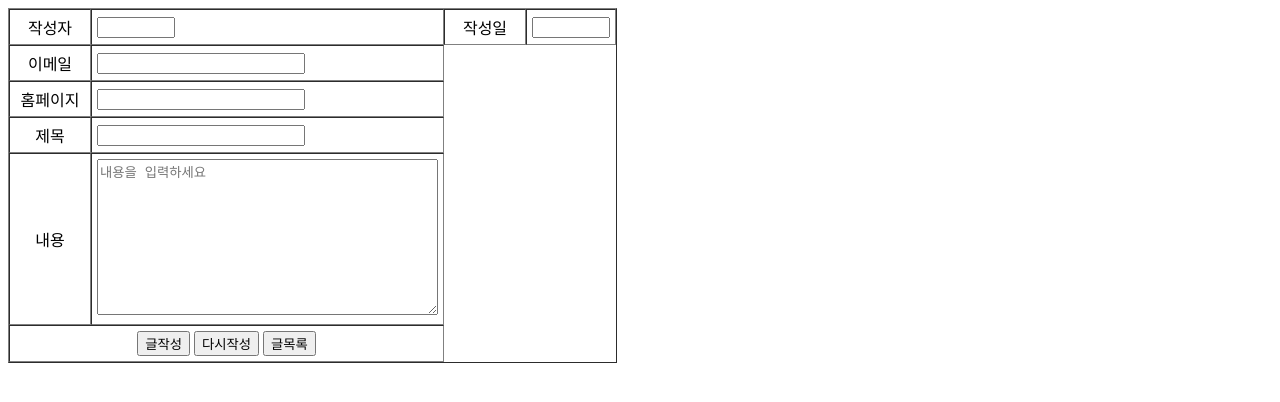
Repository: kimsuel/java-ee-practice
Page: guestbookservlet/WebContent/guestbook/guestbookList.html
The author's editor kept a copy of each file at every save. The page is drawn from the files as they stood at one save, then again after the next save.
The browser window is 1280 px wide. The pictures show the whole page.

Above is the page before, as saved 2018-06-20 07:39:30.

After the next save:
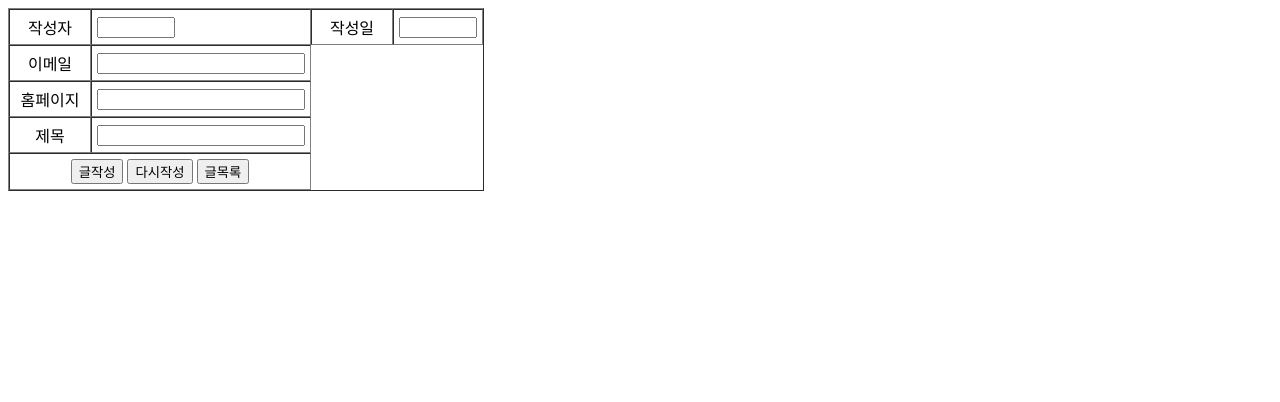
Saved 12 s later.
--- a/guestbookservlet/WebContent/guestbook/guestbookList.html
+++ b/guestbookservlet/WebContent/guestbook/guestbookList.html
@@ -25,11 +25,6 @@
 				<td><input type="text" name="subject" style="width: 200px"></td>
 			</tr>
 			<tr>
-				<td align="center">내용</td>
-				<td><textarea cols="40" rows="10" name="content" placeholder="내용을 입력하세요"></textarea></td>
-			</tr>
-
-			<tr>
 				<td colspan="2" align="center"><input type="button" value="글작성" onclick="javascript:check()">
 								<input type="reset" value="다시작성">
 								<input type="button" value="글목록" onclick="location.href='guestbookList.html'"></td>
